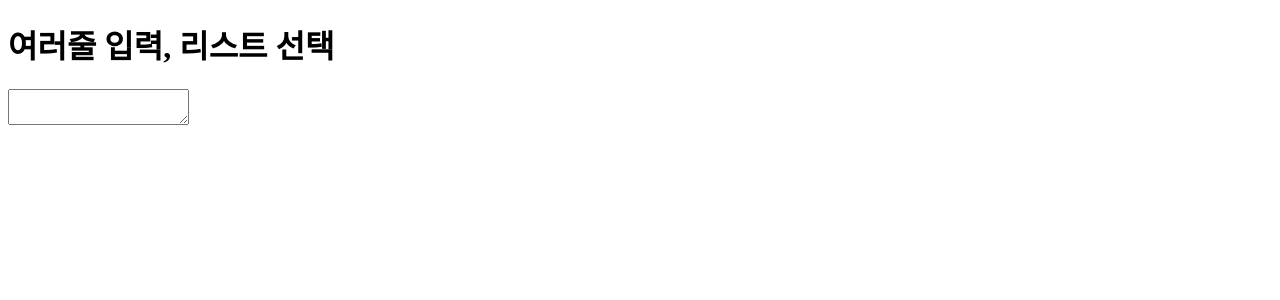
Repository: younseochoi/AI_PLATFORM
Page: my_code/03_web/html/src/main/webapp/formtag2.html
An editor plug-in stored every save of this project. The page is shown before and after the next save, followed by the edit.
The browser window is 1280 px wide. The pictures show the whole page.

Above is the page before, as saved 2022-07-22 02:42:46.

### my_code/03_web/html/src/main/webapp/formtag2.html
<!DOCTYPE html>
<html>
<head>
<meta charset="UTF-8">
<title>Insert title here</title>
</head>
<body>
<h1> 여러줄 입력, 리스트 선택 </h1>
<form action = 'a.jsp'>
	<textarea rows="" cols=""></textarea>
</form>
</body>
</html>

After the next save:
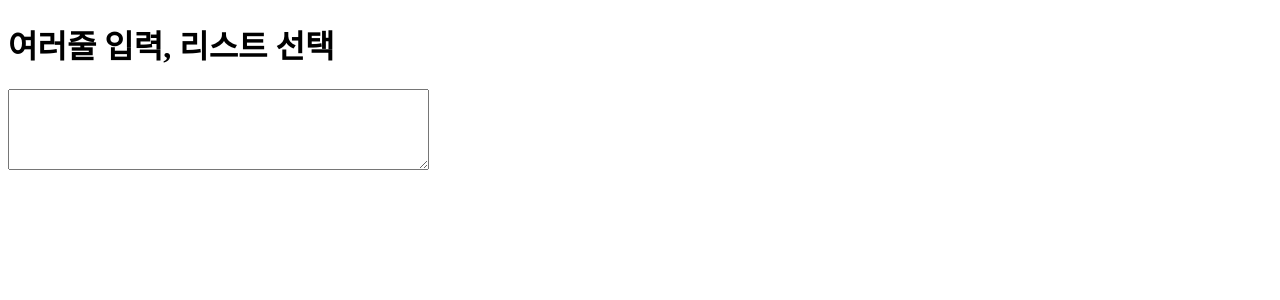
Saved 16 s later.
--- a/my_code/03_web/html/src/main/webapp/formtag2.html
+++ b/my_code/03_web/html/src/main/webapp/formtag2.html
@@ -7,7 +7,7 @@
 <body>
 <h1> 여러줄 입력, 리스트 선택 </h1>
 <form action = 'a.jsp'>
-	<textarea rows="" cols=""></textarea>
+	<textarea rows="5" cols="50"></textarea>
 </form>
 </body>
 </html>
